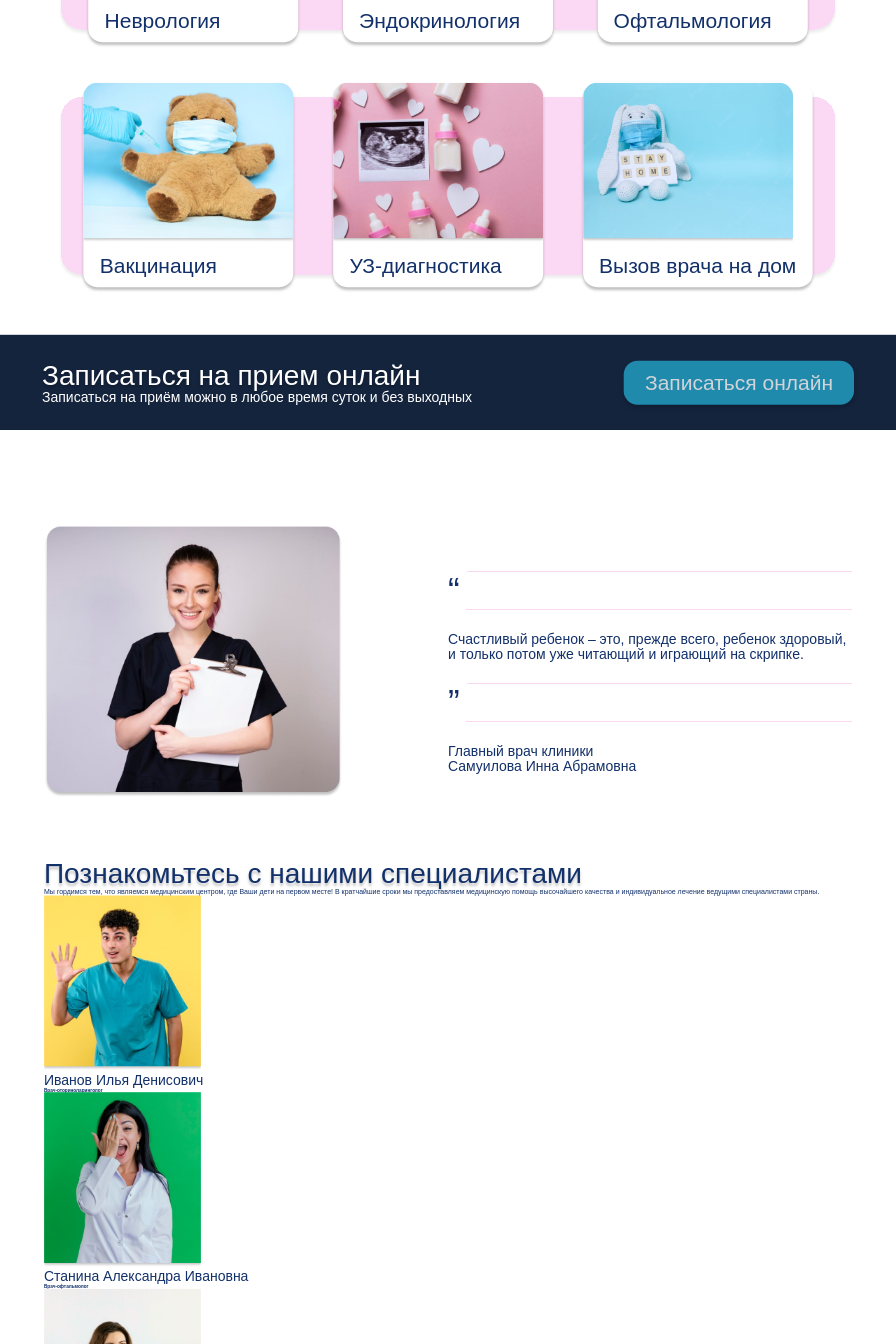
Repository: Normandy72/Landing-Page-Happy-Child
Page: index.html
The author's editor kept a copy of each file at every save. The page is drawn from the files as they stood at one save, then again after the next save.
The browser window is 1280 px wide. The pictures show the part of the page from y = 2185 to 4105 px (the page is 8064 px tall), at 70% of full size.
Some web fonts or font styles are not loaded; a fallback is used.

Above is the page before, as saved 2022-11-12 14:30:16.

After the next save:
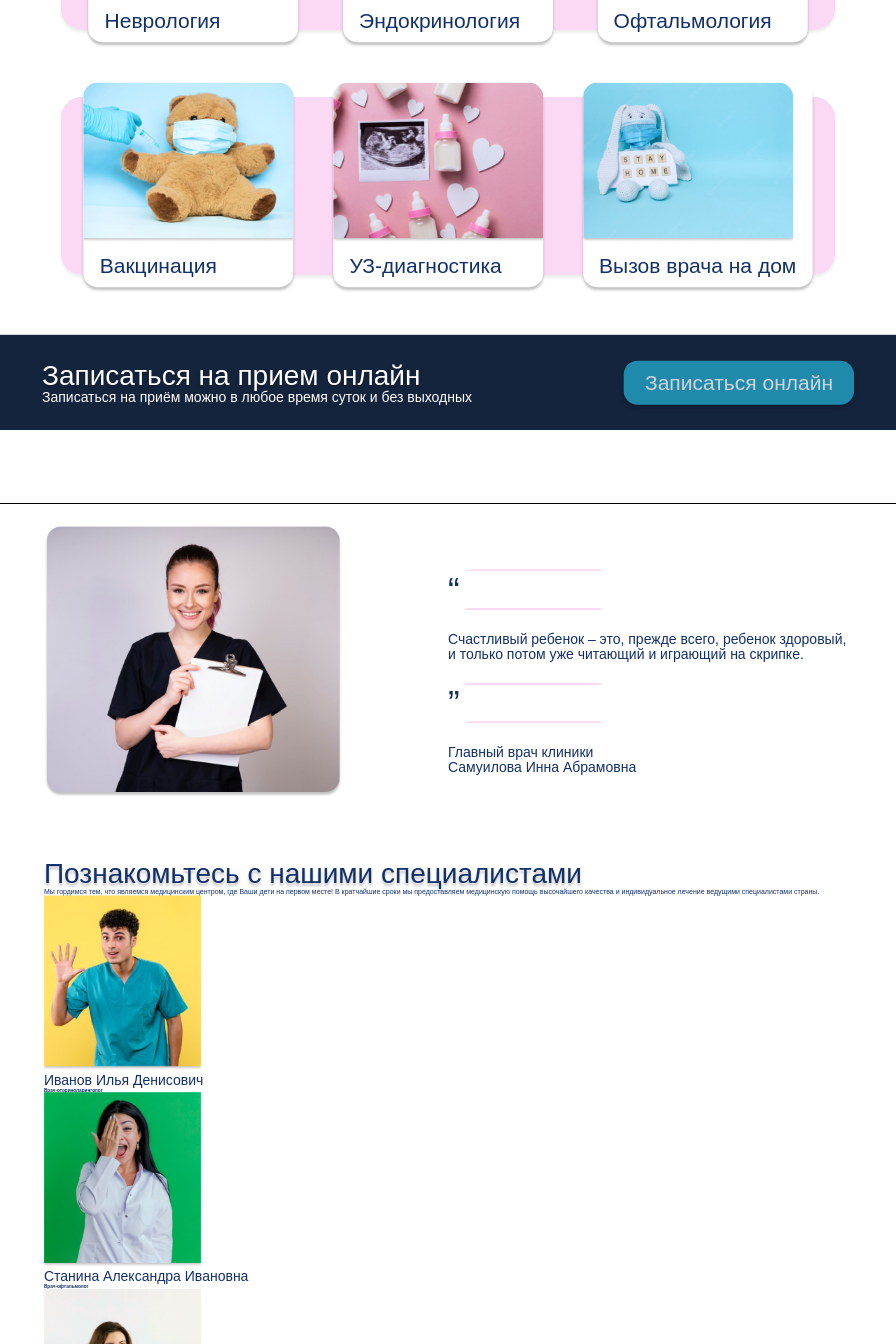
Saved 22 s later.
--- a/styles/section_chief.css
+++ b/styles/section_chief.css
@@ -33,6 +33,6 @@
 
 .lines__line{
     background-image: url(../resources/img/line.svg);
-    height: 2px;
-    width: ;
+    width: 219px;
+    height: 3px;
 }
